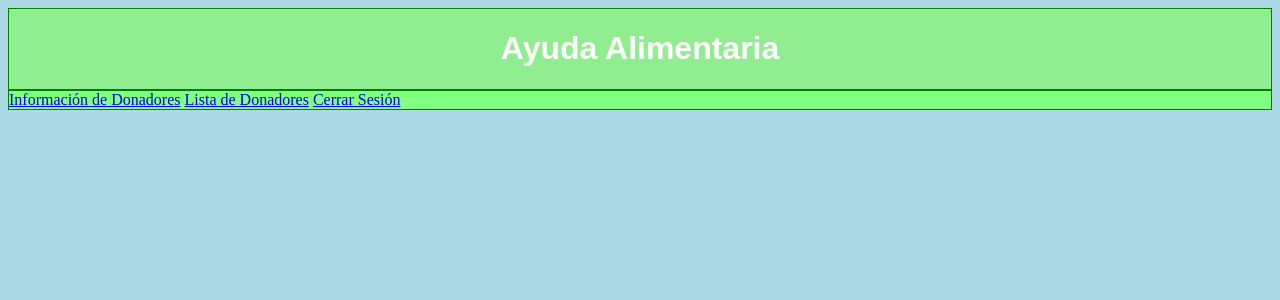
Repository: sonicspeed1/examen1_codigo_bryansantillan
Page: http://localhost/examen_1_bryan_santillan/admin.jsp
The author's editor kept a copy of each file at every save. The page is drawn from the files as they stood at one save, then again after the next save.
The browser window is 1280 px wide. The pictures show the whole page.
The page is served by Tomcat 9. Other server files are loaded and not shown.

Above is the page before, as saved 2024-05-27 02:29:27.

### examen_1_bryan_santillan/src/main/webapp/admin.jsp
<%@ page language="java" contentType="text/html; charset=UTF-8"
    pageEncoding="UTF-8"%>
<!DOCTYPE html>
<html>
<head>
<meta charset="UTF-8">
<title>Administrador</title>
<link href="estilo.css" rel="stylesheet"/>
</head>
<body class="cuerpo">
<div class="cuadro">
<h1 class="titulo">Ayuda Alimentaria</h1>
</div>
<nav>
<ul class="menu">
<li class="item"><a href="informacion_donadores.jsp">Información de Donadores</a></li>
<li class="item"><a href="Lista_donadores.jsp">Lista de Donadores</a></li>
<li class="item"><a href="cerrar_sesion.jsp">Cerrar Sesión</a></li>
</ul>
</nav>
</body>
</html>

### examen_1_bryan_santillan/src/main/webapp/estilo.css
@charset "UTF-8";
.cuerpo{
	background-color: lightblue;
}
.cuadro{
	background-color:lightgreen;
	border: 1px solid green;
	display: block;

}
.cuadro2 {
    background-color: #b4aed0;
    border-radius: 5px;
    border: 1px solid purple;
    height: 400px;
    width: 400px;
}
.cuadro3{
	    background: linear-gradient(to right,red,pink);
	    text-align:center;
	    color: white;
	     border: 1px solid darkred;
}
.titulo{
	color: white;
	transition: color 0.3s, text-shadow 0.3s;
	font-family: 'Comic Sans MS', cursive, sans-serif;
	 text-align: center;
}

.titulo:hover {
    color: blue;
    text-shadow: 2px 2px 5px rgba(0, 0, 0, 0.5);
}
.menu{
	list-style-type: none;
    padding: 0;
    background-color: #80ff80;
    border: 1px solid green;
    margin: 0 auto;
    }
.item {
    display: inline-block;
    position: relative;
}
.container {
    display: flex;
    justify-content: center;
    align-items: center;
    margin-top: 20px;
}
.titulo2{
	color: white;
	transition: color 0.3s, text-shadow 0.3s;
	font-family: 'Comic Sans MS', cursive, sans-serif;
	 text-align: center;
}

.titulo2:hover {
    color: red;
    text-shadow: 2px 2px 5px rgba(0, 0, 0, 0.5);
}
.item_login{
	   display: flex;
    justify-content: center;
    align-items: center;
    margin-bottom: 20px;
}
.button{
	background-color: purple;
	border-radius: 5px;
	color: white;
	padding: 10px 20px;
	margin: 15px;
	font-family: 'Comic Sans MS', cursive, sans-serif;
}
.hiper{
	margin-right: 25px;
}

.item_reg{
	   display: flex;
	   margin-bottom:20px;
}

After the next save:
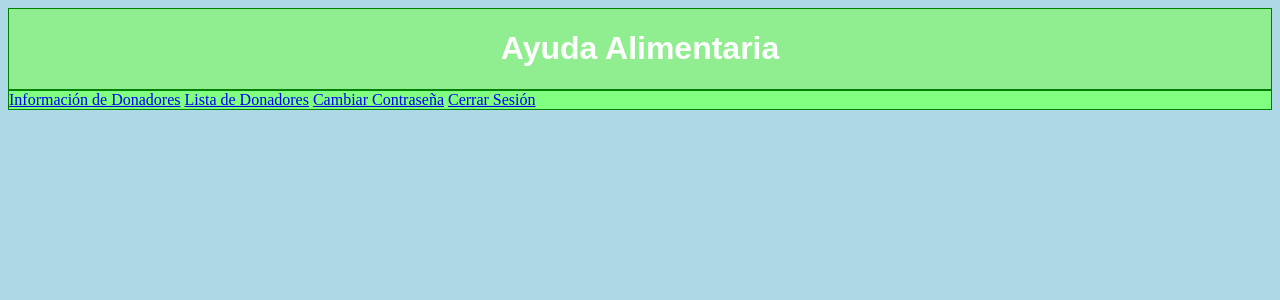
Saved 11 h 36 min later.
--- a/examen_1_bryan_santillan/src/main/webapp/admin.jsp
+++ b/examen_1_bryan_santillan/src/main/webapp/admin.jsp
@@ -15,6 +15,7 @@
 <ul class="menu">
 <li class="item"><a href="informacion_donadores.jsp">Información de Donadores</a></li>
 <li class="item"><a href="Lista_donadores.jsp">Lista de Donadores</a></li>
+<li class="item"><a href="cambiar_contraseña.jsp">Cambiar Contraseña</a></li>
 <li class="item"><a href="cerrar_sesion.jsp">Cerrar Sesión</a></li>
 </ul>
 </nav>
